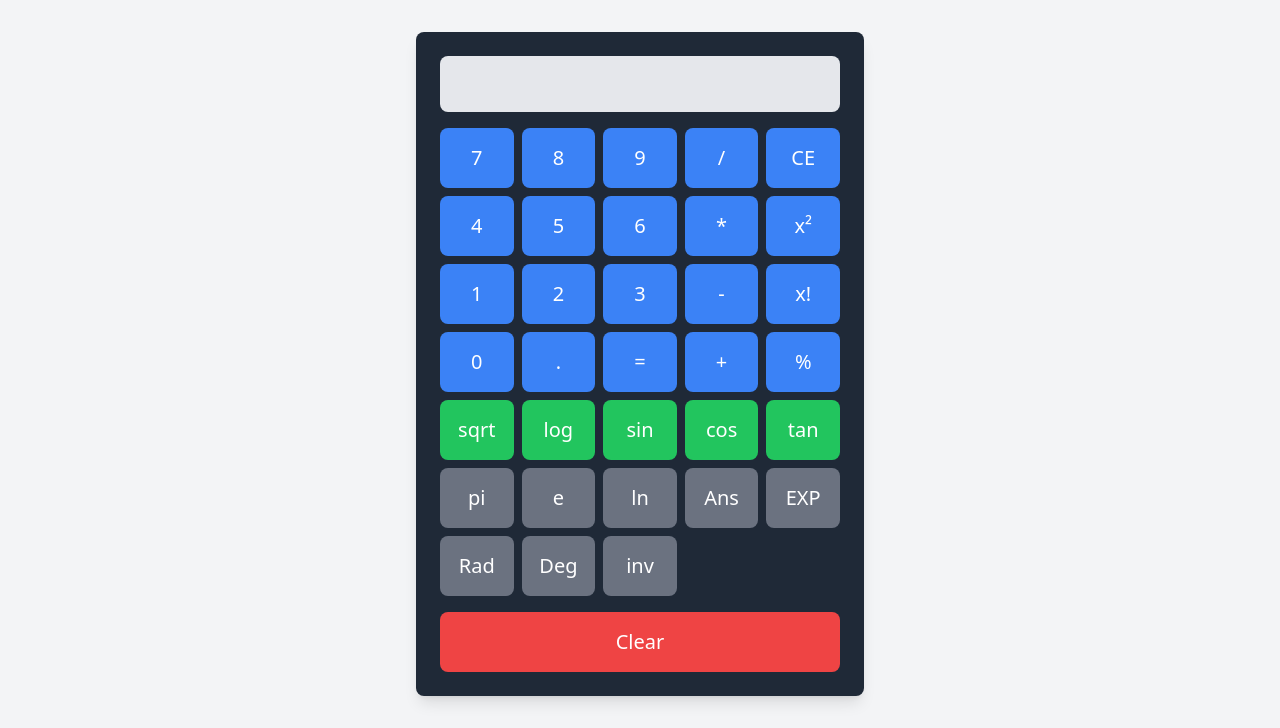
Repository: Sirinegaddour11/Calculator-App
Page: /
The author's editor kept a copy of each file at every save. The page is drawn from the files as they stood at one save, then again after the next save.
The browser window is 1280 px wide. The pictures show the whole page.
The project was rebuilt for these pictures with package versions that can differ from the ones it lists, and the page was loaded fresh each time. The framework's server and built-in components were replaced by stand-ins that run in the browser. Also part of the build but not shown: next.config.mjs.

Above is the page before, as saved 2024-09-16 19:17:10.

### app/layout.tsx
import type { Metadata } from "next";
import "./globals.css";

export const metadata: Metadata = {
  title: "Calculator App",
  description: "Generated by me",
};

export default function RootLayout({
  children,
}: Readonly<{
  children: React.ReactNode;
}>) {
  return (
    <html lang="en">
      <body className="bg-red-200">{children}</body>
    </html>
  );
}

### app/page.tsx
import Calculator from "@/components/calculator";
import Image from "next/image";

export default function Home() {
  return (
    <div>
      <Calculator />
    </div>
  );
}

### app/globals.css
@tailwind base;
@tailwind components;
@tailwind utilities;

.dark .three-d {
  text-shadow: 0px 5px 0px #533519;
}
.three-d {
  text-shadow: none;
}
.dark .simplebar-scrollbar ::before {
 background-color: rgb(216, 217, 231);
}

### components/calculator.tsx
"use client";
import React, { useState } from "react";
import { evaluate, pi, exp, ln, factorial } from "mathjs";

const Calculator: React.FC = () => {
  const [expression, setExpression] = useState<string>("");
  const [lastResult, setLastResult] = useState<string>("");

  const handleButtonClick = (value: string) => {
    switch (value) {
      case "pi":
        setExpression((prev) => prev + pi.toString());
        break;
      case "e":
        setExpression((prev) => prev + exp(1).toString());
        break;
      case "Ans":
        setExpression((prev) => prev + lastResult);
        break;
      case "ln":
        setExpression((prev) => prev + "ln(");
        break;
      case "x!":
        setExpression((prev) => prev + "factorial(");
        break;
      case "%":
        setExpression((prev) => prev + "/100");
        break;
      case "inv":
        setExpression((prev) => prev + "^(-1)");
        break;
      case "EXP":
        setExpression((prev) => prev + "*10^");
        break;
      case "CE":
        setExpression((prev) => prev.slice(0, -1));
        break;
      case "x²":
        setExpression((prev) => prev + "^2");
        break;
      default:
        if (["sqrt", "log", "sin", "cos", "tan", "^"].includes(value)) {
          setExpression((prev) => prev + value + "(");
        } else if (value === ")") {
          setExpression((prev) => prev + value);
        } else {
          setExpression((prev) => prev + value);
        }
        break;
    }
  };

  const handleCalculate = () => {
    try {
      const result = evaluate(expression);
      setLastResult(result.toString());
      setExpression(result.toString());
    } catch (error) {
      setExpression("Error");
    }
  };

  const handleClear = () => {
    setExpression("");
    setLastResult("");
  };

  return (
    <div className="flex justify-center items-center min-w-[50vh] p-8 bg-gray-100">
      <div className="max-w-md w-full bg-gray-800 rounded-lg shadow-lg p-6">
        <input
          type="text"
          className="w-full mb-4 p-3 text-2xl text-right bg-gray-200 rounded-lg"
          value={expression}
          readOnly
        />
        <div className="grid grid-cols-5 gap-2">
          {/* Ligne 1 */}
          {["7", "8", "9", "/", "CE"].map((value, index) => (
            <button
              key={index}
              className="p-4 bg-blue-500 text-white rounded-lg hover:bg-blue-600 text-xl"
              onClick={() =>
                value === "CE"
                  ? handleButtonClick(value)
                  : handleButtonClick(value)
              }
            >
              {value}
            </button>
          ))}
          {/* Ligne 2 */}
          {["4", "5", "6", "*", "x²"].map((value, index) => (
            <button
              key={index}
              className="p-4 bg-blue-500 text-white rounded-lg hover:bg-blue-600 text-xl"
              onClick={() => handleButtonClick(value)}
            >
              {value}
            </button>
          ))}
          {/* Ligne 3 */}
          {["1", "2", "3", "-", "x!"].map((value, index) => (
            <button
              key={index}
              className="p-4 bg-blue-500 text-white rounded-lg hover:bg-blue-600 text-xl"
              onClick={() => handleButtonClick(value)}
            >
              {value}
            </button>
          ))}
          {/* Ligne 4 */}
          {["0", ".", "=", "+", "%"].map((value, index) => (
            <button
              key={index}
              className="p-4 bg-blue-500 text-white rounded-lg hover:bg-blue-600 text-xl"
              onClick={() =>
                value === "=" ? handleCalculate() : handleButtonClick(value)
              }
            >
              {value}
            </button>
          ))}
          {/* Ligne 5 (fonctions scientifiques) */}
          {["sqrt", "log", "sin", "cos", "tan"].map((func, index) => (
            <button
              key={index}
              className="p-4 bg-green-500 text-white rounded-lg hover:bg-green-600 text-xl"
              onClick={() => handleButtonClick(func)}
            >
              {func}
            </button>
          ))}
          {/* Ligne 6 (fonctions supplémentaires) */}
          {["pi", "e", "ln", "Ans", "EXP", "Rad", "Deg", "inv"].map(
            (func, index) => (
              <button
                key={index}
                className="p-4 bg-gray-500 text-white rounded-lg hover:bg-gray-600 text-xl"
                onClick={() => handleButtonClick(func)}
              >
                {func}
              </button>
            )
          )}
        </div>
        <button
          className="mt-4 w-full p-4 bg-red-500 text-white rounded-lg hover:bg-red-600 text-xl"
          onClick={handleClear}
        >
          Clear
        </button>
      </div>
    </div>
  );
};

export default Calculator;

Loaded but not shown: tailwind.config.ts (common file)

After the next save:
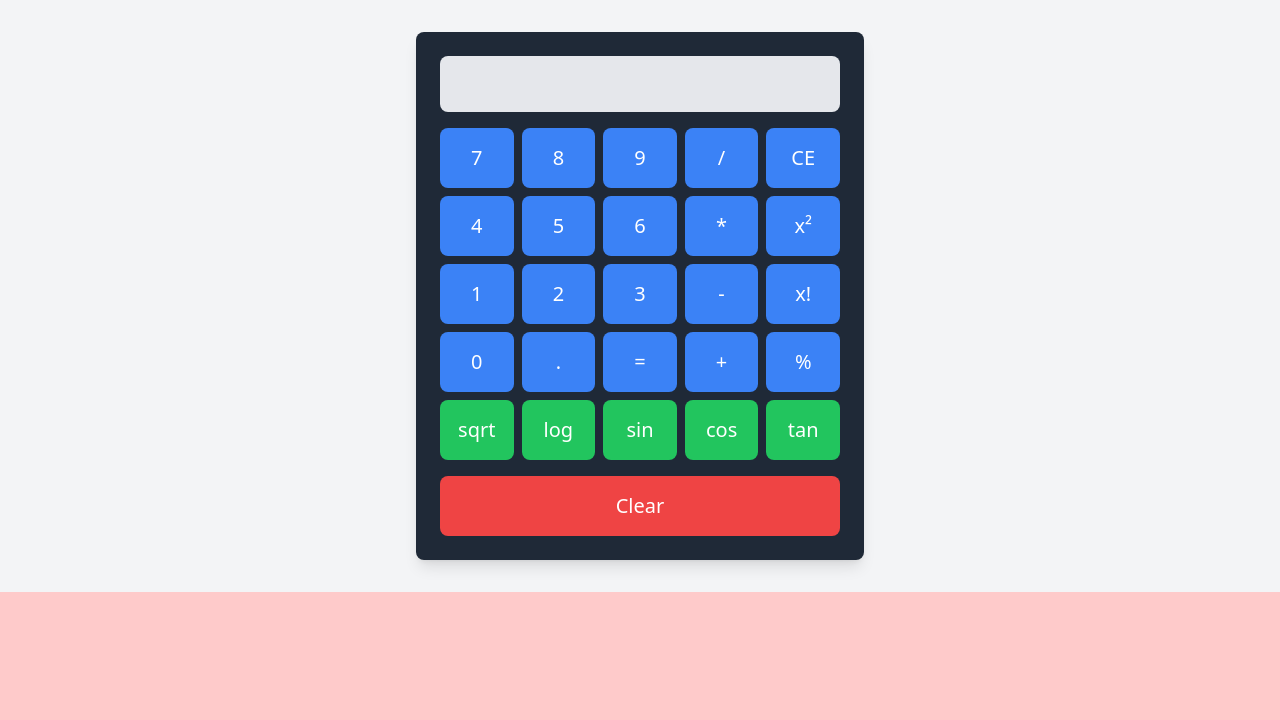
Saved 107 s later.
--- a/components/calculator.tsx
+++ b/components/calculator.tsx
@@ -131,18 +131,7 @@ const Calculator: React.FC = () => {
               {func}
             </button>
           ))}
-          {/* Ligne 6 (fonctions supplémentaires) */}
-          {["pi", "e", "ln", "Ans", "EXP", "Rad", "Deg", "inv"].map(
-            (func, index) => (
-              <button
-                key={index}
-                className="p-4 bg-gray-500 text-white rounded-lg hover:bg-gray-600 text-xl"
-                onClick={() => handleButtonClick(func)}
-              >
-                {func}
-              </button>
-            )
-          )}
+
         </div>
         <button
           className="mt-4 w-full p-4 bg-red-500 text-white rounded-lg hover:bg-red-600 text-xl"
